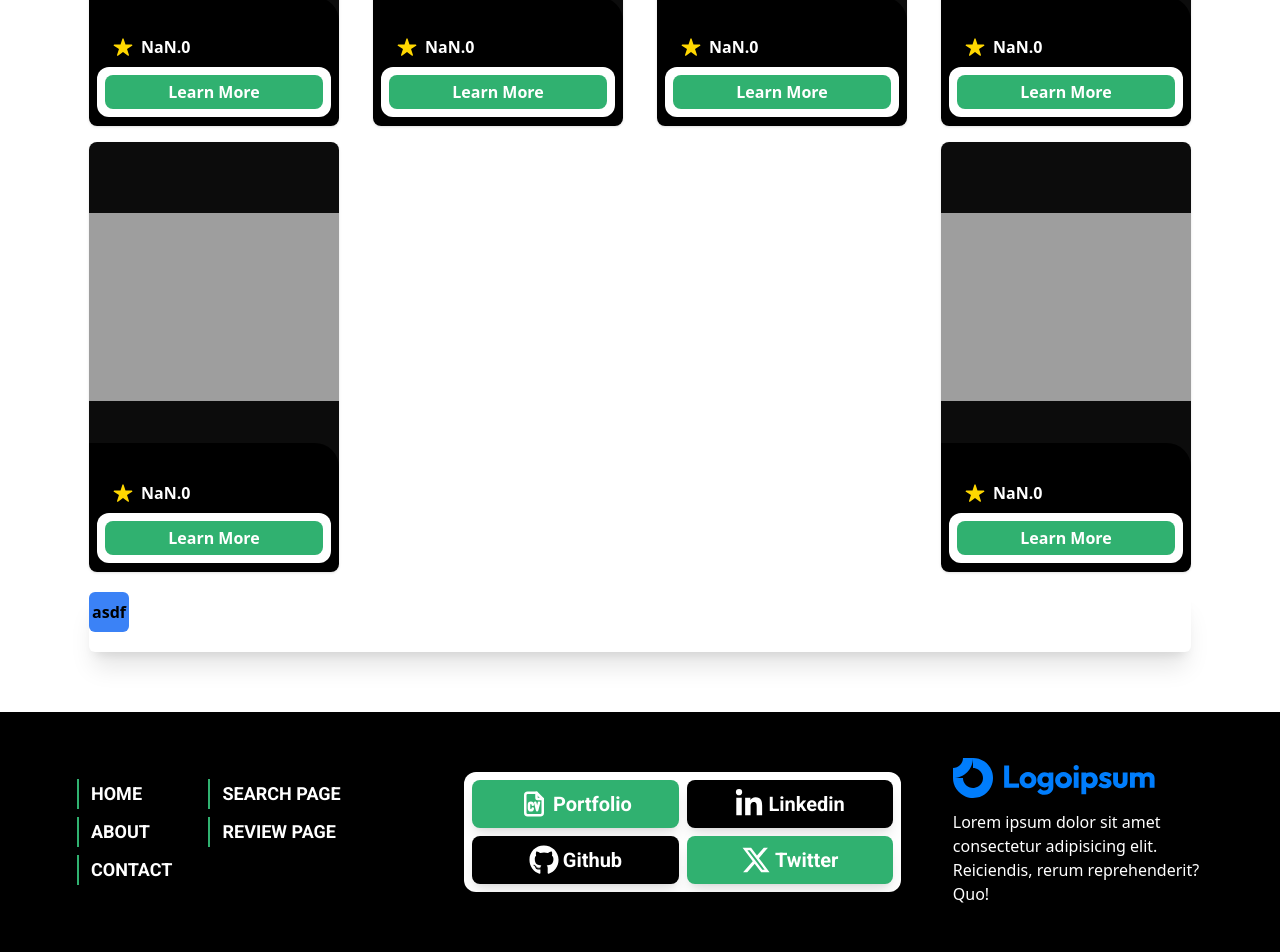
Repository: jayantatech/FrameFlick
Page: /movies
These files come from the project's save history. The page is drawn as it stood at one moment and after a run of saves; the edit follows.
The browser window is 1280 px wide. The pictures show the part of the page from y = 1096 to 2048 px (the page is 2048 px tall).
Pictures or frames that could not be fetched are drawn as grey boxes. The page's requests for data from a server got no answer. The project was rebuilt for these pictures with package versions that can differ from the ones it lists, and the page was loaded fresh each time. No one was signed in, and anything a server would have sent is missing. Also part of the build but not shown: vite.config.js, src/components/header/SearchBar.jsx, src/components/sliderComponent/button.css, src/components/sliderComponent/SliderComponent.jsx, src/pages/home/comingAttractions/ComingAttractions.jsx, src/pages/home/currentFavorites/CurrentFavorites.jsx, src/pages/home/movieGenres/MovieGenres.jsx, src/components/responsiveTitle/responsiveTitle.jsx and 11 more.

Above is the page before, as saved 2024-02-13 19:08:19.

### index.html
<!doctype html>
<html lang="en">

<head>
  <meta charset="UTF-8" />
  <link rel="icon" type="image/svg+xml" href="/vite.svg" />
  <meta name="viewport" content="width=device-width, initial-scale=1.0" />
  <link
    href="https://fonts.googleapis.com/css?family=Roboto:100,100italic,300,300italic,regular,italic,500,500italic,700,700italic,900,900italic"
    rel="stylesheet" />
  <link
    href="https://fonts.googleapis.com/css?family=Poppins:100,100italic,200,200italic,300,300italic,regular,italic,500,500italic,600,600italic,700,700italic,800,800italic,900,900italic"
    rel="stylesheet" />
  <title>Vite + React</title>
</head>

<body>
  <div id="root"></div>
  <script type="module" src="/src/main.jsx"></script>
</body>

</html>

### src/main.jsx
import React from "react";
import ReactDOM from "react-dom/client";
import App from "./App.jsx";
import "./index.css";
import { Provider } from "react-redux";
import store from "./store/Store.js";

ReactDOM.createRoot(document.getElementById("root")).render(
  <React.StrictMode>
    <Provider store={store}>
      <App />
    </Provider>
  </React.StrictMode>
);

### src/App.jsx
import React, { useEffect } from "react";
import ContentWrapper from "./components/contentWrapper/ContentWrapper";
import Header from "./components/header/Header";
import SearchBar from "./components/header/SearchBar";
import { fetchDataFromApi } from "./Utils/api";
import { useDispatch, useSelector } from "react-redux";
import { setFilmGenres, setUrl } from "./store/HomeSlice";
import Home from "./pages/home/Home";
import fetchData from "./components/hooks/fetchData";
import VideoPopBox from "./components/videoPopBox/VideoPopBox";
import Footer from "./components/footer/Footer";
import ReviewPage from "./pages/reviewPage/ReviewPage";
import { BrowserRouter, Route, Routes } from "react-router-dom";
import MoviePage from "./pages/moviePage/MoviePage";

/*
main green color - #58DAA8
2nd main color - #30b170
light green color - #E6FFF8
deep Green color - #409E7A
deep Green color 2 - #5EBEA3

*/

const App = () => {
  const { data, loading } = fetchData("configuration");

  const dispatch = useDispatch();
  useEffect(() => {
    dispatch(setUrl(`${data?.images.secure_base_url + "original"}`));
  }, [data]);

  const { data: genresData, loading: genresLoading } = fetchData(
    `genre/movie/list?language=en`
  );
  useEffect(() => {
    dispatch(setFilmGenres(genresData && genresData?.genres));
  }, [genresData]);

  return (
    <BrowserRouter>
      <VideoPopBox />
      <Header />
      <Routes>
        <Route path="/" element={<Home />} />
        <Route path="/review/:film/:id" element={<ReviewPage />} />
        <Route path="/movies" element={<MoviePage />} />
      </Routes>
      {/* <div className=" w-full h-[800px]"></div> */}
      <Footer />
    </BrowserRouter>
  );
};

export default App;

### src/components/contentWrapper/ContentWrapper.jsx
import React from "react";

const ContentWrapper = ({ children }) => {
  return <div className="w-full max-w-[1158px] mx-auto px-4">{children}</div>;
};

export default ContentWrapper;

### src/components/hooks/fetchData.jsx
import React, { useEffect, useState } from "react";
import { fetchDataFromApi } from "../../Utils/api";

const fetchData = (url) => {
  const [data, setData] = useState(null);
  const [loading, setLoading] = useState(null);
  const [error, setError] = useState(null);

  useEffect(() => {
    setLoading(true);
    setData(null);
    setError(null);
    fetchDataFromApi(url)
      .then((res) => {
        if (res?.status === 404) {
          throw new Error("Videos not found for this video");
        } else {
          return res.json();
        }
      })
      .then((data) => {
        setLoading(false);
        setData(data);
      })
      .catch((error) => setError("Something went wrong"));
  }, [url]);

  return { data, loading, error };
};

export default fetchData;

### src/components/videoPopBox/VideoPopBox.jsx
import React, { useEffect, useState } from "react";
import { IoClose } from "react-icons/io5";
import { useDispatch, useSelector } from "react-redux";
import { setVideoPopBox } from "../../store/HomeSlice";
import ReactPlayer from "react-player";

const VideoPopBox = () => {
  const [activeVideo, setActiveVideo] = useState(false);
  const [videoInfo, setVideoInfo] = useState([]);
  const dispatch = useDispatch();
  const { vidboxOn, vidBoxInfo } = useSelector(
    (state) => state.home.VideoPopBox
  );
  useEffect(() => {
    if (vidboxOn) setActiveVideo(vidboxOn);
    if (vidBoxInfo) setVideoInfo(vidBoxInfo);
  }, [vidboxOn, vidBoxInfo]);

  // useEffect(() => {
  //   if (activeVideo) {
  //     document.body.style.overflow = "hidden";
  //   } else {
  //     document.body.style.overflow = "auto";
  //   }
  // }, [activeVideo]);

  function hideVideoBox() {
    dispatch(setVideoPopBox([{ vidBoxOnPass: false, vidBoxInfoPass: {} }]));
    setActiveVideo(false);
  }

  return (
    <div
      className={` fixed w-screen h-screen top-0 left-0 ${
        activeVideo ? "block z-40" : "hidden -z-0"
      }`}
    >
      <div
        className={` relative top-0 left-0 min-h-screen min-w-screen flex items-center justify-center overflow-hidden`}
      >
        <div
          className=" absolute top-0 left-0 w-full h-full bg-[#000000af]"
          onClick={hideVideoBox}
        ></div>
        <div
          className={`w-[840px] h-[540px] max-lg:w-[660px] max-lg:h-[440px] max-md:w-[360px] max-md:h-[240px] bg-[#fff] shadow-xl rounded-xl py-4 px-4 relative transition-all duration-300 ${
            activeVideo ? "translate-y-[0%]" : "translate-y-[150%]"
          }`}
        >
          <div
            className=" w-[50px] h-[50px] bg-[#30B170] hover:bg-[#58DAA8] text-black hover:text-gray-600  absolute -top-5 -right-5 rounded-full flex items-center justify-center text-4xl cursor-pointer"
            onClick={hideVideoBox}
          >
            <IoClose />
          </div>
          <div className=" w-full h-full bg-black">
            {videoInfo && (
              <ReactPlayer
                url={`https://www.youtube.com/watch?v=${videoInfo?.key}`}
                width={"100%"}
                height={"100%"}
              />
            )}
          </div>
        </div>
      </div>
    </div>
  );
};

export default VideoPopBox;

### src/pages/moviePage/MoviePage.jsx
import React from "react";
import HeroMovie from "./heroMovie/HeroMovie";
import AllMovies from "./allMovies/AllMovies";

const MoviePage = () => {
  return (
    <div>
      <HeroMovie />
      <AllMovies />
    </div>
  );
};

export default MoviePage;

### src/pages/moviePage/heroMovie/HeroMovie.jsx
import React, { useEffect, useState } from "react";
import MyImage from "../../../components/myImage/MyImage";
import fetchData from "../../../components/hooks/fetchData";
import { useSelector } from "react-redux";
import MovieHeroInfo from "../../../components/movieHeroInfo/MovieHeroInfo";

const HeroMovie = () => {
  const [storeGen, setStoreGen] = useState([]);
  const [filmInfo, setFilmInfo] = useState([]);
  const [storeRendom, setStoreRendom] = useState(null);
  const { data, loading } = fetchData(`trending/movie/week`);
  const { url, filmGenres } = useSelector((state) => state.home);

  useEffect(() => {
    let rendomData;
    if (data?.results) {
      const genRanNum = Math.floor(Math.random() * 19);
      rendomData = data?.results[genRanNum];
      setStoreRendom(rendomData);
      console.log(data);
    }
  }, [data]);

  // let testData = storeRendom && storeRendom;
  let movieHeroData = storeRendom && storeRendom;
  useEffect(() => {
    let storeGenNum = [];
    if (movieHeroData) {
      filmGenres?.forEach((element) => {
        if (movieHeroData?.genre_ids.includes(element?.id)) {
          storeGenNum.push(element);
        }
      });
    }
    setStoreGen(storeGenNum);
  }, [filmGenres, movieHeroData]);
  console.log(storeGen);
  return (
    <div className=" w-full h-[590px] max-md:h-[670px] bg-black relative">
      <div className=" w-full h-full bg-[#0000005d] absolute top-0 left-0 z-10"></div>
      <div className=" overflow-hidden w-full h-full absolute top-0 left-0 z-0 ">
        <MyImage
          src={`${url}${!loading && movieHeroData?.backdrop_path}`}
          className={"max-lg:scale-150 max-md:scale-[4]"}
        />
      </div>
      <MovieHeroInfo movieHeroData={movieHeroData} storeGen={storeGen} />
    </div>
  );
};

export default HeroMovie;

### src/pages/moviePage/allMovies/AllMovies.jsx
import React from "react";
import ContentWrapper from "../../../components/contentWrapper/ContentWrapper";
import FilmCard from "../../../components/filmCard/FilmCard";

const AllMovies = () => {
  return (
    <div>
      <ContentWrapper>
        <div className=" py-[60px] px-3">
          <div className=" py-3">
            <h2 className=" capitalize text-3xl font-[Roboto] font-bold">
              our Movie suggestions
            </h2>
          </div>
          <div className=" w-full h-auto flex py-5 flex-row flex-wrap gap-4 items-center justify-between">
            <FilmCard />
            <FilmCard />
            <FilmCard />
            <FilmCard />
            <FilmCard />
            <FilmCard />
          </div>
          <div className=" w-full h-[60px] bg-[#fff] shadow-xl rounded-md">
            <div className=" w-[40px] h-[40px] bg-blue-500 rounded-md flex items-center justify-center font-semibold">
              asdf
            </div>
          </div>
        </div>
      </ContentWrapper>
    </div>
  );
};

export default AllMovies;

### src/components/myImage/MyImage.jsx
import React from "react";
import { LazyLoadImage } from "react-lazy-load-image-component";
import "react-lazy-load-image-component/src/effects/blur.css";

const MyImage = ({ src, className, alt }) => (
  <div className=" w-full min-h-full flex items-center justify-center overflow-hidden bg-contain">
    <LazyLoadImage
      alt={alt ? alt : "Frameflick"}
      src={src}
      effect="blur"
      width={"100%"}
      height={"100%"}
      className={`${className}`}
    />
  </div>
);

export default MyImage;

### src/components/movieHeroInfo/MovieHeroInfo.jsx
import React, { useEffect, useState } from "react";
import { IoIosStar } from "react-icons/io";
import ContentWrapper from "../contentWrapper/ContentWrapper";
import GenresCard from "../genresCard/GenresCard";
import BothButton from "../bothButton/BothButton";
import ResponsiveTitle from "../responsiveTitle/responsiveTitle";
import ResponsiveText from "../responsiveText/ResponsiveText";
import RattingBox from "../rattingBox/RattingBox";
import DateBox from "../dateBox/DateBox";

const MovieHeroInfo = ({ movieHeroData, storeGen }) => {
  const [storeSlice, setStoreSlice] = useState(null);
  useEffect(() => {
    const slicGen = storeGen && storeGen?.slice(0, 3);
    setStoreSlice(slicGen);
  }, [storeGen]);

  console.log(storeGen);
  return (
    <ContentWrapper>
      <div className=" relative top-0 left-0 w-full h-[590px] max-md:h-[670px] flex items-end justify-center py-4 z-20">
        <div className=" w-full min-h-[270px] max-lg:min-h-[270px] max-md:min-h-[470px] rounded-lg  bg-[#636262] backdrop-filter backdrop-blur-sm bg-opacity-60 p-4 max-lg:px-2 flex flex-row gap-2 max-md:flex-col">
          <div className=" md:w-3/6">
            <h2 className=" text-3xl font-[Roboto] font-bold text-white min-h-[40px]">
              {movieHeroData?.original_title}
            </h2>
            {/* <ResponsiveTitle data={testData} /> */}
            <div className=" w-full h-[40px]  my-2 flex items-center flex-row gap-2 px-2">
              <DateBox data={movieHeroData} />
              <RattingBox data={movieHeroData} />
            </div>
            {
              <div className=" w-full h-[60px] max-md:h-[80px] max-lg:h-[90px] flex items-center justify-start px-2 flex-row gap-2">
                <ResponsiveText data={movieHeroData} upTo={15} />
              </div>
            }
            <div className=" px-2 py-3 flex items-center justify-center gap-2 flex-row">
              <BothButton data={movieHeroData} />
            </div>
          </div>
          <div className=" md:w-3/6 max-h-[210px] max-lg:max-h-[240px] max-md:min-h-[240px] px-3 py-3 flex items-center justify-start gap-6 max-lg:gap-3 flex-wrap flex-col">
            <div className=" w-full py-1 bg-[#000] text-white text-center rounded-md">
              <span className=" font-[Roboto] font-semibold text-lg">
                {" "}
                {movieHeroData?.original_title} Genres
              </span>
            </div>
            <div className=" flex items-center justify-center gap-3 flex-wrap flex-row max-md:flex-row ">
              {storeSlice?.map((item, index) => (
                <GenresCard key={index} item={item} />
              ))}
            </div>
          </div>
        </div>
      </div>
    </ContentWrapper>
  );
};

export default MovieHeroInfo;

### src/components/filmCard/FilmCard.jsx
import React, { useState } from "react";
import { useDispatch, useSelector } from "react-redux";
import { IoStar } from "react-icons/io5";
import fetchData from "../hooks/fetchData";
import { setVideoPopBox } from "../../store/HomeSlice";
import MyImage from "../myImage/MyImage";
import { useLoaderData, useLocation, useNavigate } from "react-router";

const FilmCard = ({ data, loading }) => {
  const [videoBoxActive, setVideoBoxActive] = useState(false);
  const dispatch = useDispatch();
  const { url } = useSelector((state) => state?.home);
  const { currentTabValu } = useSelector((state) => state?.home);

  const { data: newData, loading: newLoading } = fetchData(
    `${currentTabValu}/${data?.id && data?.id}/videos`
  );

  const averageVote = data && data?.vote_average;
  const votePointer = Number(
    data && data?.vote_average.toString().split(".")[1]
  );

  const originalTitle = data?.original_title || data?.name || "";
  let truncatedTitle;

  if (originalTitle.length >= 18) {
    truncatedTitle = originalTitle.slice(0, 18) + "...";
  } else {
    truncatedTitle = originalTitle;
  }

  let newReleaseDate = data?.release_date || data?.first_air_date;
  const oneVideo = newData?.results?.filter((item) => item?.key);
  const oneTrailer = oneVideo && oneVideo[0];
  const releaseDate =
    newReleaseDate &&
    new Intl.DateTimeFormat("en-US", {
      day: "2-digit",
      month: "short",
      year: "2-digit",
    }).format(new Date(newReleaseDate));
  const openVideoBox = () => {
    dispatch(
      setVideoPopBox([{ vidBoxOnPass: true, vidBoxInfoPass: oneTrailer }])
    );
  };
  const navigateNew = useNavigate();
  const location = useLocation();

  const navigateToNewPage = () => {
    navigateNew(`/review/${currentTabValu}/${data?.id}`);
  };

  return (
    <div className="w-[250px] max-lg:max-w-[220px] max-lg:h-[380px] h-[430px] max-md:w-[240px] rounded-lg overflow-hidden shadow cursor-pointer transition-all duration-300 bg-yellow">
      <div className=" w-full h-full relative">
        <div className=" w-full h-[77%] bg-[#000000f3] overflow-hidden">
          {!loading && (
            <MyImage
              src={`${url}${data?.poster_path}`}
              className="w-full h-full"
            />
          )}
        </div>
        <div className="absolute flex flex-col bottom-0 left-0 w-full h-[30%] bg-gradient-to-b from-[#000000] via-[#000000] to-[#000000] p-2 rounded-tr-3xl text-white">
          <div className="w-full h-[30px] overflow-hidden">
            <h3 className=" text-white text-xl font-semibold">
              {truncatedTitle}
            </h3>
          </div>
          <div className=" flex gap-4">
            <p className=" font-bold">{releaseDate}</p>
            <span className=" flex items-center justify-center gap-2 font-bold">
              <span className=" font-bold text-xl text-[#FFD700]">
                <IoStar />
              </span>
              {`${Math.floor(averageVote)}.${
                votePointer ? votePointer.toString().slice(0, 1) : "0"
              }`}
            </span>
          </div>
          <div className=" w-full h-[50px] bg-white px-2 rounded-xl py-2 flex items-center justify-center gap-2 max-lg:gap-1 font-bold mt-2">
            {oneTrailer && (
              <button
                className=" h-full w-full bg-[black] col-span-1 rounded-lg transition-all duration-300 hover:shadow-md hover:scale-105"
                onClick={openVideoBox}
              >
                Trailer
              </button>
            )}
            <button
              className="h-full w-full bg-[#30b170] rounded-lg transition-all duration-300 hover:shadow-md hover:scale-105"
              onClick={navigateToNewPage}
            >
              Learn More
            </button>
          </div>
        </div>
      </div>
    </div>
  );
};

export default FilmCard;

### src/components/responsiveText/ResponsiveText.jsx
import React from "react";

const ResponsiveText = ({ data, upTo = 20 }) => {
  function getTheDescription(description) {
    const words = description.split(" ").slice(0, upTo).join(" ") + "...";
    return words;
  }
  return (
    <p className=" font-[Poppins] text-lg text-white ">
      {data && getTheDescription(data?.overview)}
    </p>
  );
};

export default ResponsiveText;

### src/components/bothButton/BothButton.jsx
import React from "react";
import { useDispatch } from "react-redux";
import { setVideoPopBox } from "../../store/HomeSlice";
import fetchData from "../hooks/fetchData";
import { useNavigate } from "react-router";

const BothButton = ({ data }) => {
  const { data: newData, loading: newLoading } = fetchData(
    `movie/${data?.id && data?.id}/videos`
  );
  const oneVideo = newData?.results?.filter((item) => item?.key);
  const oneTrailer = oneVideo && oneVideo[0];

  const dispatch = useDispatch();
  const openVideoBox = () => {
    dispatch(
      setVideoPopBox([{ vidBoxOnPass: true, vidBoxInfoPass: oneTrailer }])
    );
  };

  const navigateNew = useNavigate();

  const navigateToNewPage = () => {
    navigateNew(`/review/${"movie"}/${data?.id}`);
  };
  return (
    <>
      <button
        className=" w-full h-[50px] max-lg:h-[40px] bg-[#000] rounded-md text-white font-bold text-2xl font-[Roboto] hover:scale-95 transition-all duration-300 max-lg:text-xl"
        onClick={openVideoBox}
      >
        Trailer
      </button>
      <button
        className=" w-full h-[50px] bg-[#30B170] rounded-md text-white font-bold text-2xl font-[Roboto]  hover:scale-95 transition-all duration-300 max-lg:h-[40px] max-lg:text-xl"
        onClick={navigateToNewPage}
      >
        Learn More
      </button>
    </>
  );
};

export default BothButton;

### src/components/rattingBox/RattingBox.jsx
import React from "react";
import { IoStar } from "react-icons/io5";

const RattingBox = ({ data }) => {
  const averageVote = data && data?.vote_average;

  const votePointer = Number(
    data && data?.vote_average.toString().split(".")[1]
  );

  return (
    <>
      {
        <div className=" text-lg font-extrabold font-[Roboto] flex items-center justify-start gap-2 px-2 py-1 rounded-lg bg-white md:w-[150px]  max-md:w-[50%]">
          Rating:
          <span className=" text-[#ffd700] text-2xl flex items-center justify-center font-bold">
            <IoStar />
          </span>
          {averageVote &&
            votePointer &&
            `${Math.floor(averageVote)}.${
              votePointer ? votePointer.toString().slice(0, 1) : "0"
            }`}
        </div>
      }
    </>
  );
};

export default RattingBox;

### src/components/dateBox/DateBox.jsx
import React from "react";

const DateBox = ({ data }) => {
  function timeFormath(timeTo) {
    const releaseDate = new Intl.DateTimeFormat("en-US", {
      day: "2-digit",
      month: "short",
      year: "2-digit",
    }).format(new Date(timeTo));
    return releaseDate;
  }
  return (
    <div className=" text-lg font-extrabold font-[Roboto] flex items-center justify-start gap-2 px-2 py-1 rounded-lg bg-white md:w-[160px] max-md:w-[50%]">
      Data:
      <span className="font-bold max-md:text-base">
        {data && timeFormath(data?.release_date)}
      </span>
    </div>
  );
};

export default DateBox;

Loaded but not shown: src/index.css (common file); tailwind.config.js (common file); src/store/HomeSlice.js (34 lines, source omitted); src/Utils/api.js (20 lines, source omitted); src/store/Store.js (10 lines, source omitted); src/assets/icons/index.js (3 lines, source omitted); src/components/header/Header.jsx (153 lines, source omitted); src/components/footer/Footer.jsx (83 lines, source omitted)

After the next 2 saves:
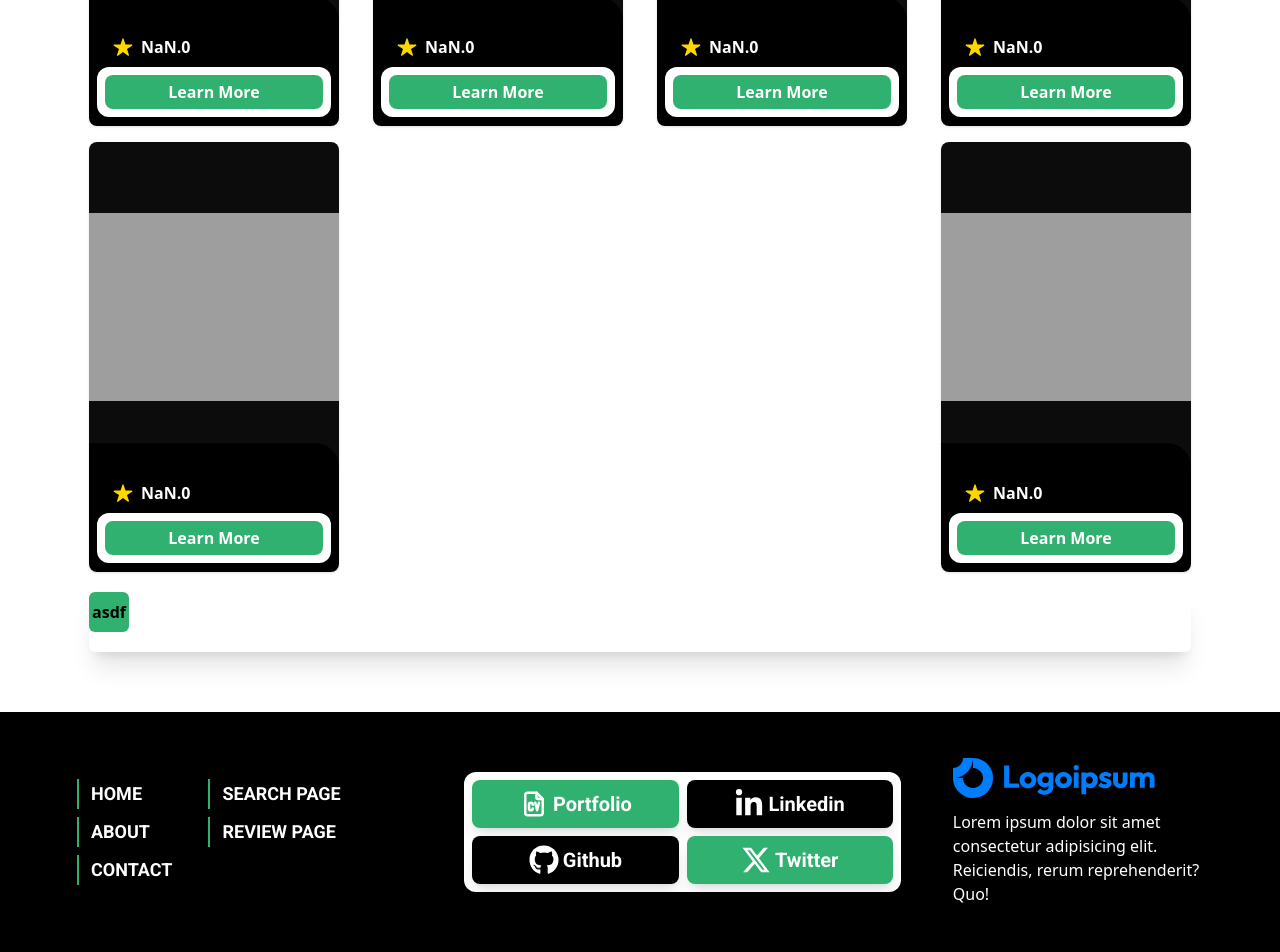
The 2 saves are shown as one change because they came seconds apart.
The last was saved 23 s later.
--- a/src/pages/moviePage/allMovies/AllMovies.jsx
+++ b/src/pages/moviePage/allMovies/AllMovies.jsx
@@ -21,7 +21,7 @@ const AllMovies = () => {
             <FilmCard />
           </div>
           <div className=" w-full h-[60px] bg-[#fff] shadow-xl rounded-md">
-            <div className=" w-[40px] h-[40px] bg-blue-500 rounded-md flex items-center justify-center font-semibold">
+            <div className=" w-[40px] h-[40px] bg-[#30B170] rounded-md flex items-center justify-center font-semibold">
               asdf
             </div>
           </div>
